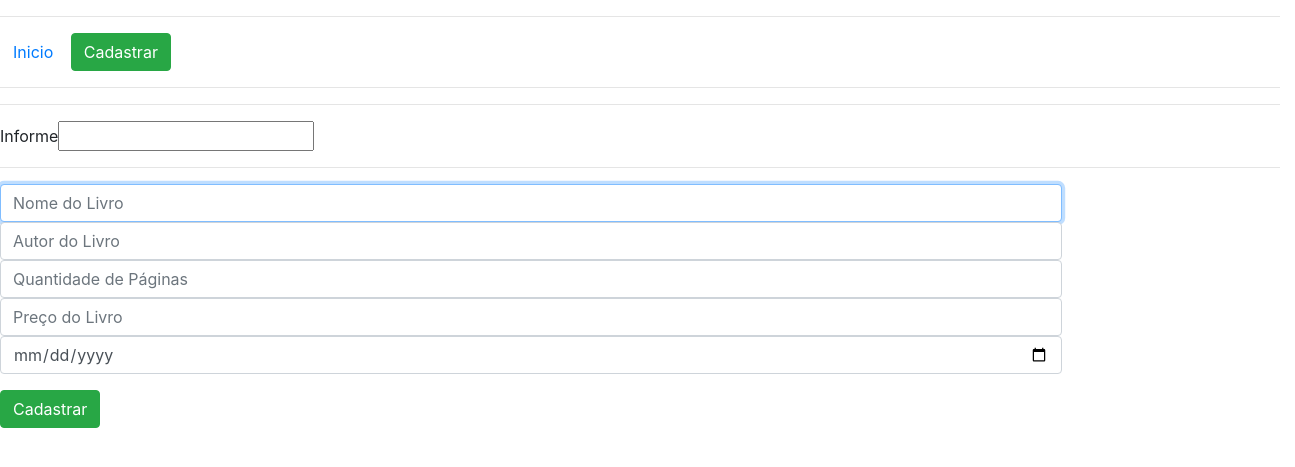
Repository: zz4fff/CRUD-MVC-PHP
Page: http://localhost/view/cadastro.php
These files come from the project's save history. The page is drawn as it stood at one moment and after the next save; the edit follows.
The browser window is 1280 px wide. The page is 1295 px wide, so the pictures cover 1295 px, including what lies to the right of the window. The pictures show the whole page.
The page is run by PHP 8.4 with error messages shown; the project is at /var/www/html/.

Above is the page before, as saved 2025-01-31 07:32:26.

### view/cadastro.php
<!DOCTYPE HTML>

<html>
<?php include("head.php") ?>

<body>
  <?php include("menu.php") ?>

  <div class="row">
    <form method="post" action="../controller/ControllerCadastro.php" id="form"
      name="form" onsubmit="validar(document.form); return false;"
      class="col-10">
      <div class="form-group">
        <input class="form-control" type="text" id="nome" name="nome" placeholder="Nome do Livro" required autofocus>
        <input class="form-control" type="text" id="autor" name="autor" placeholder="Autor do Livro" required>
        <input class="form-control" type="number" id="quantidade" name="quantidade" placeholder="Quantidade de Páginas" required>
        <input class="form-control" type="text" id="preco" name="preco" placeholder="Preço do Livro" onkeypress="formatarMoeda();" required>
        <input class="form-control" type="date" id="data" name="data" placeholder="Data de Pulicação" required>
      </div>

      <div class="form-group">
        <button type="submit" class="btn btn-success" id="cadastrar">Cadastrar</button>
      </div>
    </form>
  </div>

  <script language="javascript" type="text/javascript">
    function formatarMoeda() {
      var elemento = document.getElementById('preco');
      var valor = preco.value;

      valor = valor + '';
      valor = parseInt(valor.replace(/[^\d,]/g, ''));
      valor = valor + '';
      valor = valor.replace(/([0-9]{2})$/g, ",$1");

      if (valor.length > 6) {
        valor = valor.replace(/([0-9]{3}),([0-9]{2}$)/g, ".$1,$2");
      }

      elemento.value = valor;
    }

    function validar(formulario) {
      var quantidade = form.quantidade.value;
      var preco = form.preco.value;

      for (i = 0; i <= formulario.length - 2; i++) {
        if ((formulario[i].value == "")) {
          alert("Preencha o campo " + formulario[i].name);
          formulario[i].focus();

          return false;
        }
      }

      if (quantidade <= 0) {
        alert('A quantidade de páginas não pode ser igual ou inferior a 0');
        form.quantidade.focus();

        return false;
      }

      if (preco <= 0) {
        alert('O preço do livro não pode ser igual ou inferior a 0');
        form.preco.focus();

        return false;
      }
      formulario.submit();
    }
  </script>
</body>

</html>

### view/head.php
<head>
  <meta charset="utf-8">
  <meta name="viewport" content="width=device-width, initial-scale=1.0">
  <title>Livraria</title>
  <link rel="stylesheet" href="https://stackpath.bootstrapcdn.com/bootstrap/4.1.1/css/bootstrap.min.css" integrity="sha384-WskhaSGFgHYWDcbwN70/dfYBj47jz9qbsMId/iRN3ewGhXQFZCSftd1LZCfmhktB" crossorigin="anonymous">
  <script type="text/javascript" src="https://code.jquery.com/jquery-3.3.1.min.js"></script>
</head>

### view/menu.php
<hr>
  <a href="index.php" class="btn btn-default">Inicio</a>
  <a href="cadastro.php" class="btn btn-success">Cadastrar</a>
<hr>

<hr>
  Informe<input type="text" class="input">
<hr>

After the next save:
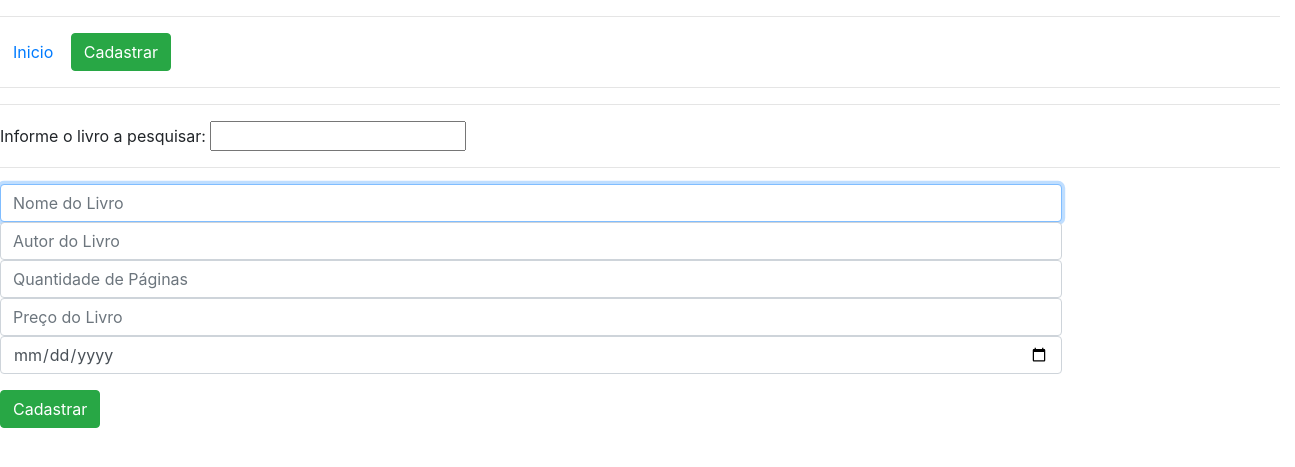
Saved 31 s later.
--- a/view/menu.php
+++ b/view/menu.php
@@ -4,5 +4,5 @@
 <hr>
 
 <hr>
-  Informe<input type="text" class="input">
+  Informe o livro a pesquisar: <input type="text" class="input">
 <hr>
